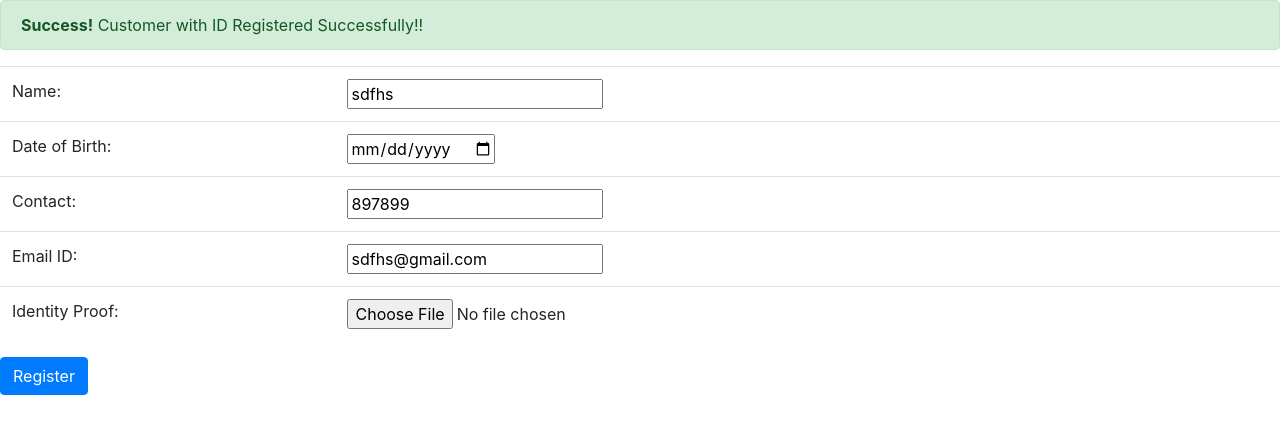
Repository: piyushrulesyou/CasinoGameApplication
Page: http://localhost/adminPanel/RegisterUser.jsp
An editor plug-in stored every save of this project. The page is shown before and after the next save, followed by the edit.
The browser window is 1280 px wide. The pictures show the whole page.
The page is served by Tomcat 9. Nobody is signed in. The application's start-up code is not run.

Above is the page before, as saved 2019-10-31 11:46:49.
Console error: TypeError: Cannot read properties of undefined (reading 'setDefaults')

After the next save:
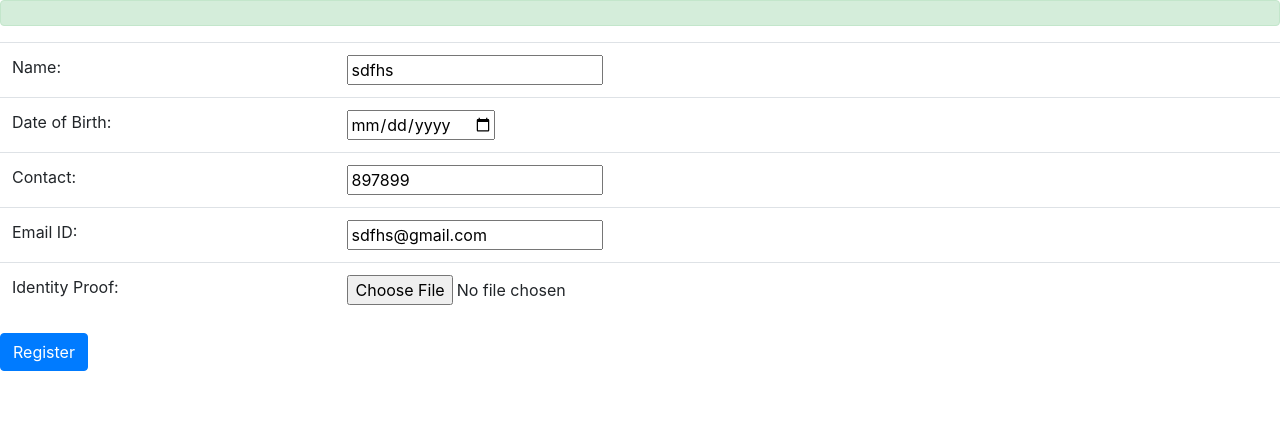
Saved 25 s later.
--- a/AdminPanel/adminPanel/src/main/webapp/RegisterUser.jsp
+++ b/AdminPanel/adminPanel/src/main/webapp/RegisterUser.jsp
@@ -35,10 +35,7 @@
 <body>
 
 	<c:if test="${statusMessage != null}">
-		<div class="alert alert-success">
-			<strong>Success!</strong> Customer with ID
-			${successMessage} Registered Successfully!!
-		</div>
+		<div class="alert alert-success">${statusMessage}</div>
 	</c:if>
 
 	<form action="registerUser" method="post">
